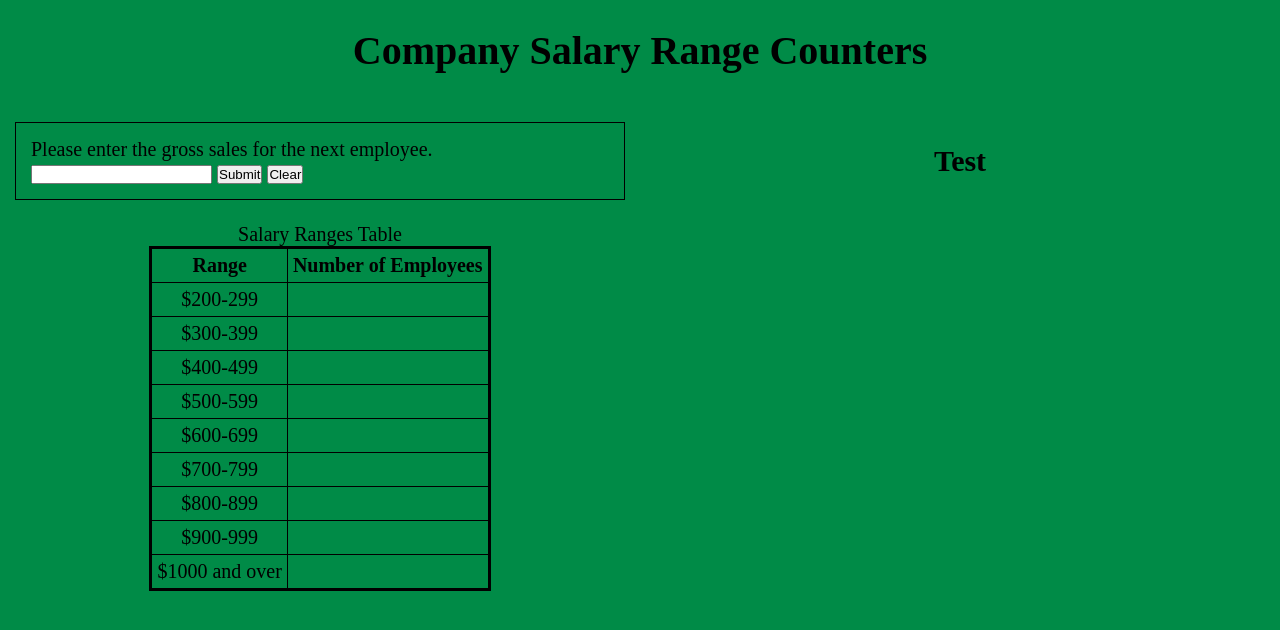
Repository: mlmEFSC21/P17-Sales-Commision
Page: sales.html
The author's editor kept a copy of each file at every save. The page is drawn from the files as they stood at one save, then again after the next save.
The browser window is 1280 px wide. The pictures show the whole page.

Above is the page before, as saved 2022-04-02 08:26:47.

### sales.html
<!DOCTYPE html>
<html lang="en">
    <head>
        <meta charset="UTF-8" />
        <meta http-equiv="X-UA-Compatible" content="IE=edge" />
        <meta name="viewport" content="width=device-width, initial-scale=1.0" />
        <link rel="stylesheet" href="sales.css" />
        <script defer src="sales.js"></script>
        <title>Company Salary Range Counters</title>
    </head>
    <body>
        <header class="mainHeader">
            <h1>Company Salary Range Counters</h1>
        </header>
        <section class="mainContent">
            <div class="formContainer" id="formContainer">
                <form class="salaryForm" id="salaryForm">
                    <label for="grossSales"
                        >Please enter the gross sales for the next employee.</label
                    >
                    <input type="text" name="grossSales" class="salesInp" id="salesInp" required />
                    <button type="submit" class="submit-btn" id="submit-btn">Submit</button>
                    <button type="reset" class="clear-btn" id="clear-btn">Clear</button>
                </form>
            </div>
            <div class="currentSalary">
                <h2>Test</h2>
            </div>
            <div class="tableContainer" id="tableContainer">
                <table>
                    <caption>
                        Salary Ranges Table
                    </caption>
                    <thead>
                        <tr>
                            <th>Range</th>
                            <th>Number of Employees</th>
                        </tr>
                    </thead>
                    <tbody>
                        <tr>
                            <td>$200-299</td>
                            <td class="ranges" id="ranges"></td>
                        </tr>
                        <tr>
                            <td>$300-399</td>
                            <td class="ranges" id="ranges"></td>
                        </tr>
                        <tr>
                            <td>$400-499</td>
                            <td class="ranges" id="ranges"></td>
                        </tr>
                        <tr>
                            <td>$500-599</td>
                            <td class="ranges" id="ranges"></td>
                        </tr>
                        <tr>
                            <td>$600-699</td>
                            <td class="ranges" id="ranges"></td>
                        </tr>
                        <tr>
                            <td>$700-799</td>
                            <td class="ranges" id="ranges"></td>
                        </tr>
                        <tr>
                            <td>$800-899</td>
                            <td class="ranges" id="ranges"></td>
                        </tr>
                        <tr>
                            <td>$900-999</td>
                            <td class="ranges" id="ranges"></td>
                        </tr>
                        <tr>
                            <td>$1000 and over</td>
                            <td class="ranges" id="ranges"></td>
                        </tr>
                    </tbody>
                    <tfoot></tfoot>
                </table>
            </div>
        </section>
    </body>
</html>

### sales.css
:root {
    --clr-background: #008b47;
    --clr-primary: #f8cd24;
    --clr-secondary: #6bb64a;
}
*,
*::after,
*::before {
    box-sizing: border-box;
    margin: 0;
    padding: 0;
}
body {
    background-color: var(--clr-background);
    font-size: 20px;
}
.mainHeader {
    display: flex;
    align-items: center;
    justify-content: center;
    height: 100px;
}

.mainContent {
    display: grid;
    grid-template-rows: repeat(4, 1fr);
    grid-template-columns: repeat(4, 1fr);
}
.formContainer {
    grid-column: 1 / 3;
    align-self: center;
    justify-self: center;
    border: 1px ridge black;
    margin: 15px;
    padding: 15px;
}
.currentSalary {
    grid-column: 3 / 5;
    align-self: center;
    justify-self: center;
}
.tableContainer {
    grid-column: 1/3;
    grid-row: 2/5;
    justify-self: center;
    align-self: center;
}
table {
    border-collapse: collapse;
    border: 3px solid black;
}
th,
tr,
td {
    border: 1px solid black;
    margin: 5px;
    padding: 5px;
    text-align: center;
}

### sales.js
//  base salary = $200 + commission
// commission = gross sales * 9%
// range floor / 100 - 2 = index 0 - 8
// test: x1 = Math.floor(218 / 100) - 2;
// works for all ranges below the last. Just check for >1000 first.
const baseSalary = 200;
let commissionAmount = 0;
let totalSalary = 0;
let employeeNum = 0;
let salaryRanges = [0, 0, 0, 0, 0, 0, 0, 0, 0];
let weeklyGrossSales = [];

const form = document.querySelector("#salaryForm");
const salesInput = document.getElementById("salesInp");
const td = document.querySelectorAll("td#ranges");
form.addEventListener("submit", getWeeklySal);
const resetBtn = document.querySelector("#clear-btn");
resetBtn.addEventListener("click", clearAllSalaries);

function getWeeklySal(e) {
    e.preventDefault();
    employeeNum++;
    weeklyGrossSales = parseInt(salesInput.value);
    calcCommission();
    calcTotalWeeklySalary();
    calcSalaryRange(totalSalary);
    fillRangeCol();
    salesInput.value = "";
}
function calcCommission() {
    commissionAmount = weeklyGrossSales * 0.09;
}
function calcTotalWeeklySalary() {
    totalSalary = baseSalary + commissionAmount;
    console.log(totalSalary);
    console.log(salaryRanges);
}
function calcSalaryRange(totalSalary) {
    if (totalSalary >= 1000) {
        salaryRanges[8] += 1;
    } else if (totalSalary < 1000) {
        let i = Math.floor(totalSalary / 100) - 2;
        salaryRanges[i] = salaryRanges[i] + 1;
    }
}
//append the table
function fillRangeCol() {
    for (let i = 0; i < salaryRanges.length; i++) {
        td[i].innerText = salaryRanges[i];
    }
}
//reset button
function clearAllSalaries() {
    salesInput.value = "";
    salaryRanges = [0, 0, 0, 0, 0, 0, 0, 0, 0];
    weeklyGrossSales = [];
    for (let i = 0; i < salaryRanges.length; i++) {
        td[i].innerText = 0;
    }
}

console.log(salaryRanges);
console.log(weeklyGrossSales);

After the next save:
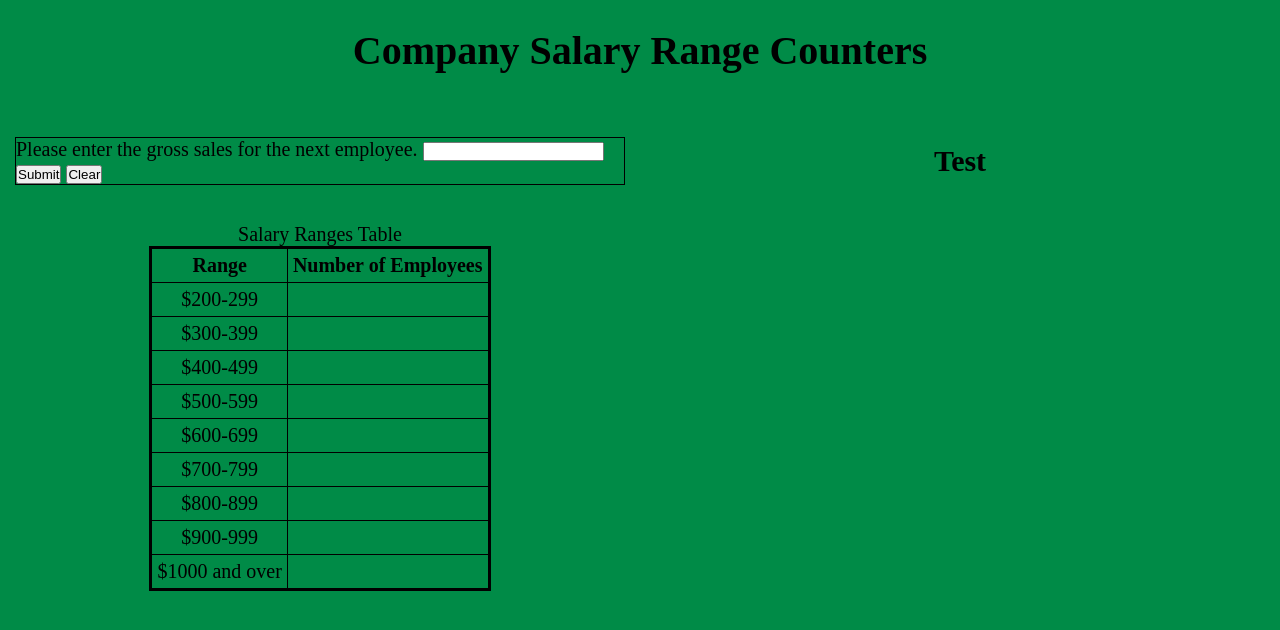
Saved 20 s later.
--- a/sales.css
+++ b/sales.css
@@ -32,7 +32,8 @@
     justify-self: center;
     border: 1px ridge black;
     margin: 15px;
-    padding: 15px;
+    padding: 15px
+    background-color: var(var(--clr-primary));
 }
 .currentSalary {
     grid-column: 3 / 5;

After the save that followed:
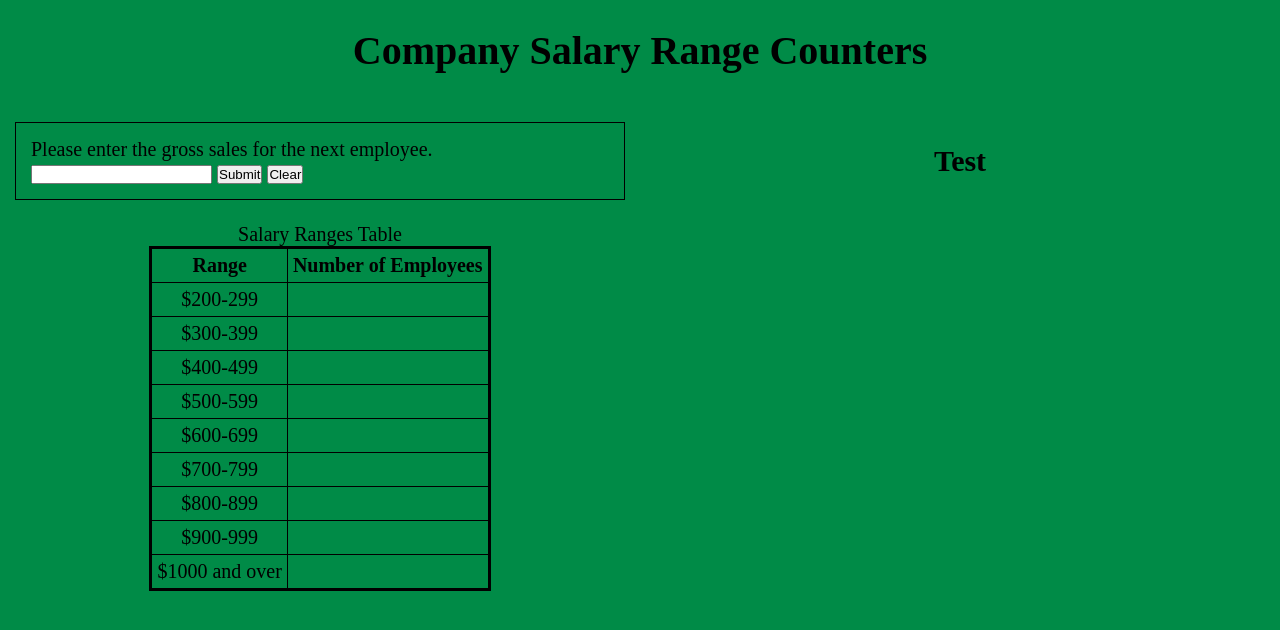
Saved 32 s later.
--- a/sales.css
+++ b/sales.css
@@ -32,7 +32,7 @@
     justify-self: center;
     border: 1px ridge black;
     margin: 15px;
-    padding: 15px
+    padding: 15px;
     background-color: var(var(--clr-primary));
 }
 .currentSalary {
